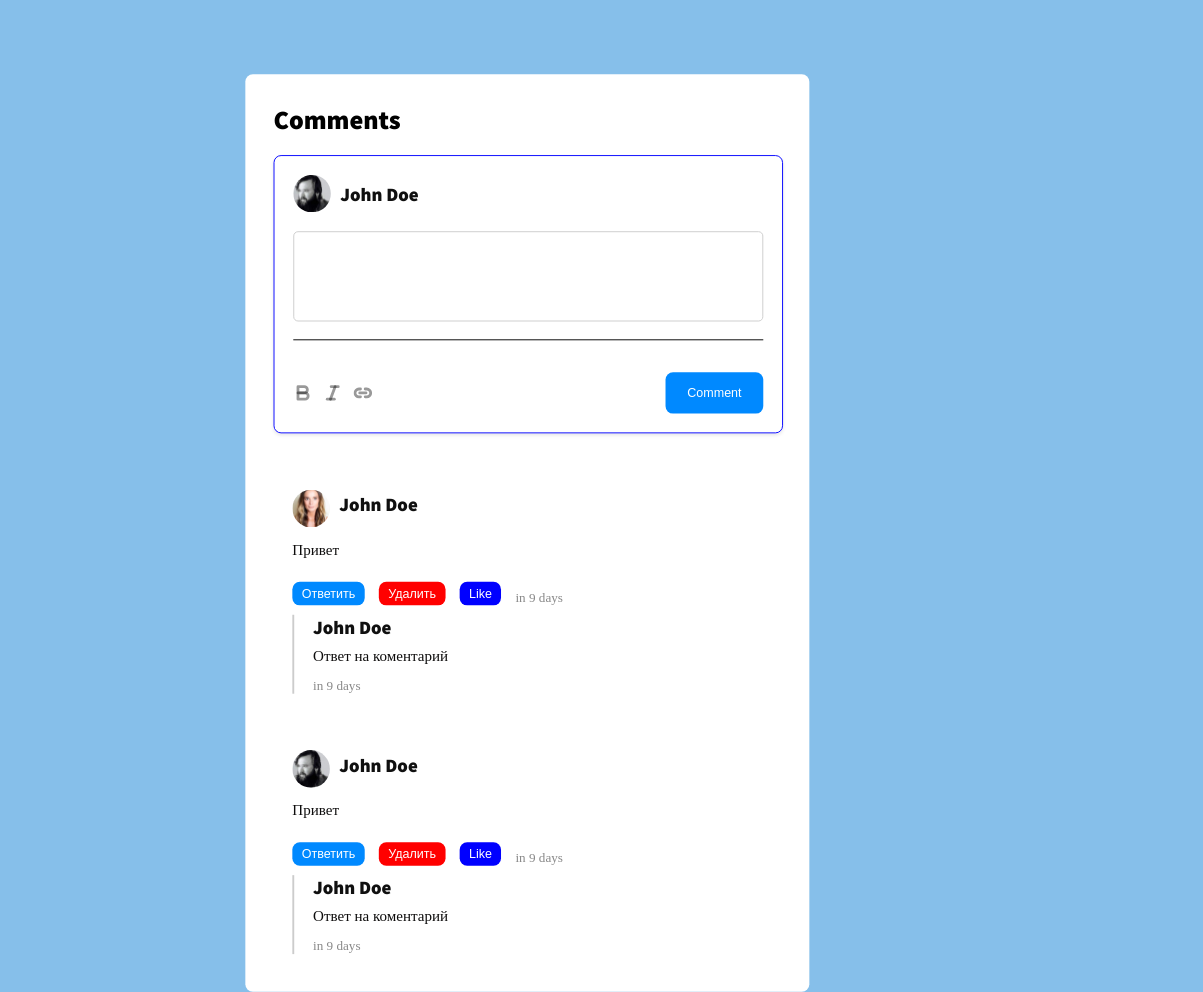
Repository: nikiforovki/appcommits
Page: /
The author's editor kept a copy of each file at every save. The page is drawn from the files as they stood at one save, then again after the next save.
The browser window is 1280 px wide. The pictures show the whole page, at 94% of full size.
The project was rebuilt for these pictures with package versions that can differ from the ones it lists, and the page was loaded fresh each time. Requests to the local data server were answered from the project's data file. Also part of the build but not shown: webpack.config.ts.

Above is the page before, as saved 2024-08-24 03:53:47.

After the next save:
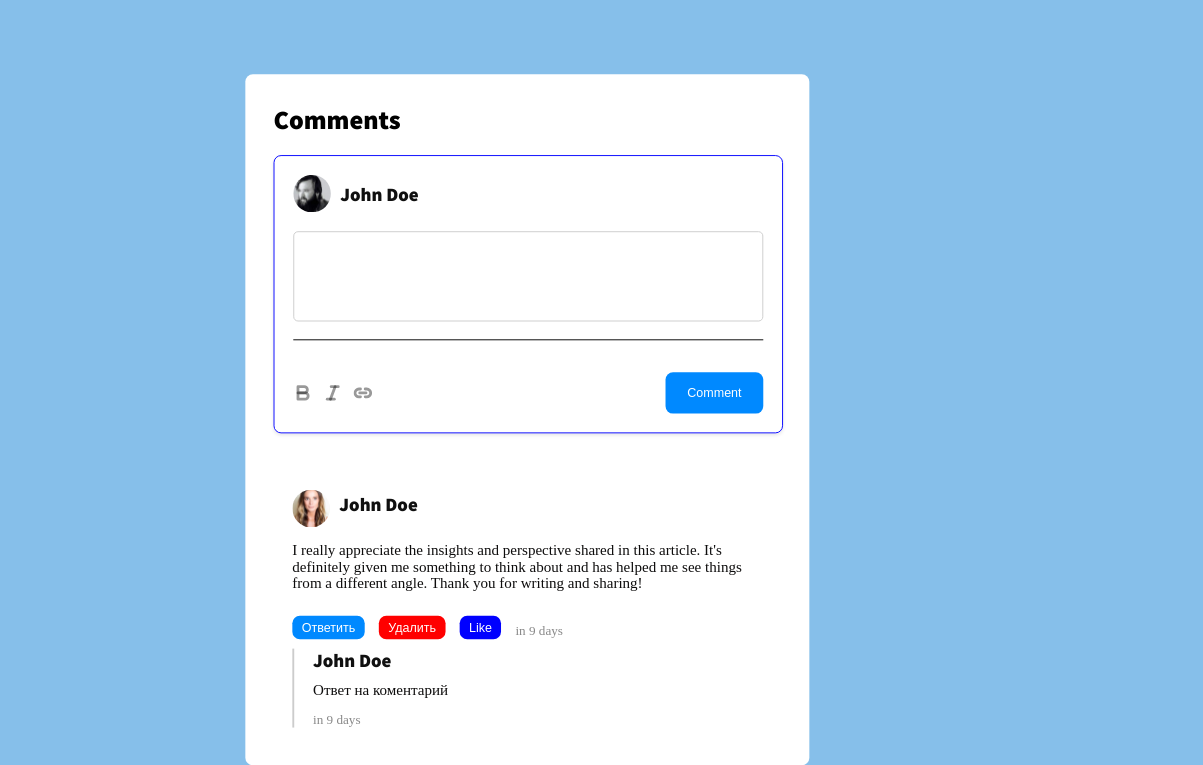
Saved 31 s later.
--- a/db.json
+++ b/db.json
@@ -2,28 +2,9 @@
   "comments": [
     {
       "id": "1724444371668",
-      "img": "/img/IconMan.svg",
-      "author": "John Doe",
-      "text": "Привет",
-      "timestamp": "2024-08-23T20:19:31.668Z",
-      "liked": false,
-      "isBold": false,
-      "isItalic": false,
-      "isLink": false,
-      "replies": [
-        {
-          "id": "unique-reply-id-1",
-          "author": "John Doe",
-          "text": "Ответ на коментарий",
-          "timestamp": "2024-08-23T20:20:31.668Z"
-        }
-      ]
-    },
-    {
-      "id": "1724444371668",
       "img": "/img/IconWomen.svg",
       "author": "John Doe",
-      "text": "Привет",
+      "text": "I really appreciate the insights and perspective shared in this article. It's definitely given me something to think about and has helped me see things from a different angle. Thank you for writing and sharing!",
       "timestamp": "2024-08-23T20:19:31.668Z",
       "liked": false,
       "isBold": false,
